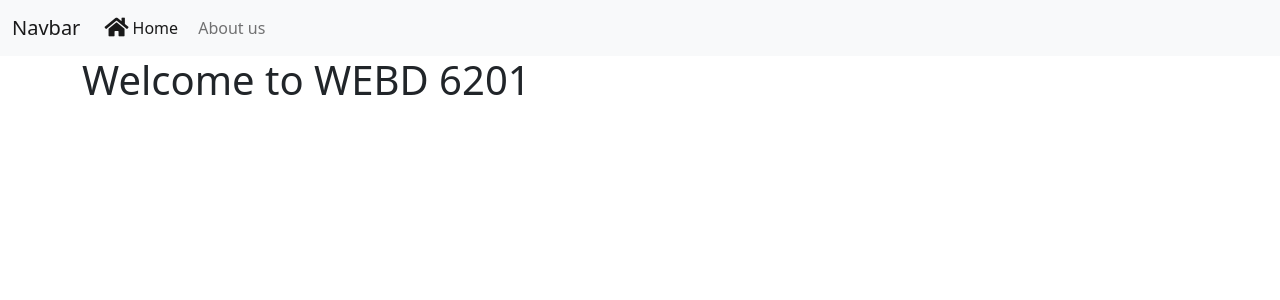
Repository: Hasib001/WEBD6201---W2021---ICE-1
Page: index.html
The author's editor kept a copy of each file at every save. The page is drawn from the files as they stood at one save, then again after the next save.
The browser window is 1280 px wide. The pictures show the whole page.

Above is the page before, as saved 2021-01-22 21:45:15.

### index.html
<!DOCTYPE html>
<html lang="en">
<head>
    <meta charset="UTF-8">
    <meta name="viewport" content="width=device-width, initial-scale=1.0">
    <title>WEBD6201 - W2021 - ICE 1</title>
    <!--CSS Section -->
    <link rel="stylesheet" href="./node_modules/bootstrap/dist/css/bootstrap.min.css">
    <link rel="stylesheet" href="./node_modules/@fortawesome/fontawesome-free/css/all.css">
    <link rel="stylesheet" href="./Content/app.css" >
</head>
<body>

    <header>
        <nav class="navbar navbar-expand-lg navbar-light bg-light">
            <div class="container-fluid">
              <a class="navbar-brand" href="#">Navbar</a>
              <button class="navbar-toggler" type="button" data-bs-toggle="collapse" data-bs-target="#navbarSupportedContent" aria-controls="navbarSupportedContent" aria-expanded="false" aria-label="Toggle navigation">
                <span class="navbar-toggler-icon"></span>
              </button>
              <div class="collapse navbar-collapse" id="navbarSupportedContent">
                <ul class="navbar-nav me-auto mb-2 mb-lg-0">
                  <li class="nav-item">
                    <a class="nav-link active" aria-current="page" href="#"><i class="fas fa-home fa-lg"></i> Home</a>
                  </li>

                  <li class="nav-item">
                    <a class="nav-link" aria-current="page" href="#"><i class="fas fa-about fa-lg"></i> About us</a>
                  </li>


                </ul>

              </div>
            </div>
          </nav>

    </header>

    <div>
        <main class="container">
            <h1>Welcome to WEBD 6201</h1>
        </main>
    </div>

    <footer>

    </footer>


    <!--JAvascript section-->
    <script src="./node_modules/jquery/dist/jquery.min.js"></script>
    <script src="./node_modules/bootstrap/dist/js/bootstrap.bundle.min.js"></script>
    <script src="./Scripts/app.js" > </script>

</body>
</html>

### Content/app.css
/* css code goes here */

### Scripts/app.js
/* custom javaScript code goes here */

//IIFE - Immediately Invoked Function Expression
//AKA
//closure

(function()
{
    function Start()
    {
        console.log("App Started...");
    }

    window.addEventListener("load",Start);
}

)();

Loaded but not shown: node_modules/bootstrap/dist/css/bootstrap.min.css (library); node_modules/@fortawesome/fontawesome-free/css/all.css (library); node_modules/jquery/dist/jquery.min.js (library); node_modules/bootstrap/dist/js/bootstrap.bundle.min.js (library)

After the next save:
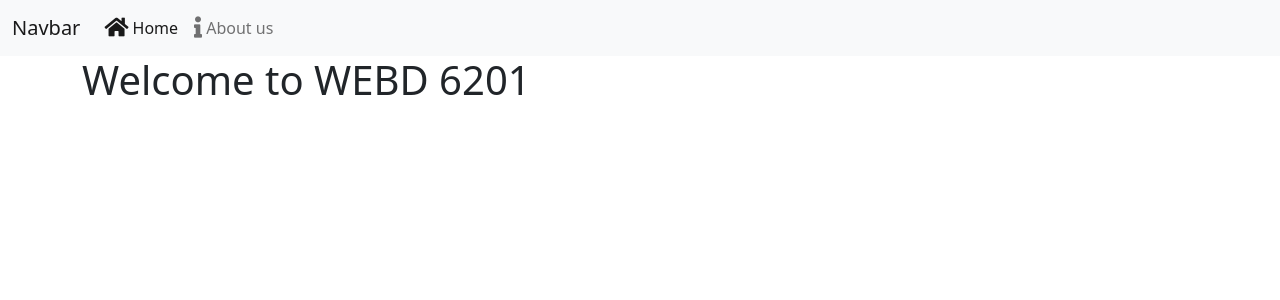
Saved 27 s later.
--- a/index.html
+++ b/index.html
@@ -25,7 +25,7 @@
                   </li>
 
                   <li class="nav-item">
-                    <a class="nav-link" aria-current="page" href="#"><i class="fas fa-about fa-lg"></i> About us</a>
+                    <a class="nav-link" aria-current="page" href="#"><i class="fas fa-info fa-lg"></i> About us</a>
                   </li>
 
 
